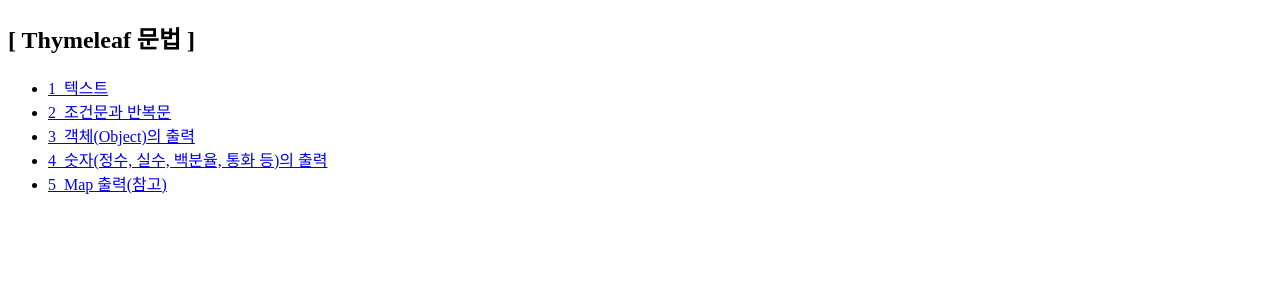
Repository: YoonhyeSuh/scit_46_spring
Page: http://localhost/index
The author's editor kept a copy of each file at every save. The page is drawn from the files as they stood at one save, then again after the next save.
The browser window is 1280 px wide. The pictures show the whole page.
The page is this project's Thymeleaf template; nobody is signed in. The template is opened directly, without the code that normally fills it, so the values that code supplies are empty.

Above is the page before, as saved 2024-11-29 07:55:25.

After the next save:
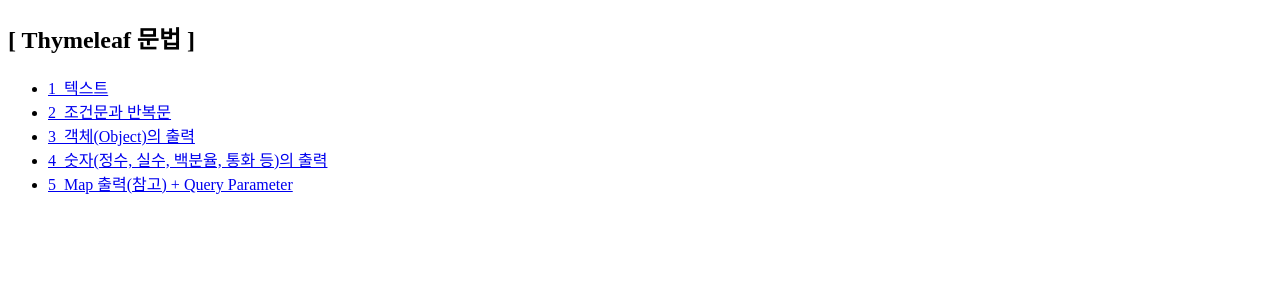
Saved 17 min 37 s later.
--- a/spring4/src/main/resources/templates/index.html
+++ b/spring4/src/main/resources/templates/index.html
@@ -13,7 +13,7 @@
             <li><a href="./display/condition.html" th:href="@{/display/condition}">2_조건문과 반복문</a></li>
             <li><a href="./display/object.html" th:href="@{/display/object}">3_객체(Object)의 출력</a></li>
             <li><a href="./display/number.html" th:href="@{/display/number}">4_숫자(정수, 실수, 백분율, 통화 등)의 출력</a></li>
-            <li><a href="./display/mapData.html" th:href="@{/display/mapData}">5_Map 출력(참고)</a></li>
+            <li><a href="./display/mapData.html" th:href="@{/display/mapData}">5_Map 출력(참고) + Query Parameter</a></li>
         </ul>
     </div>
 </body>
